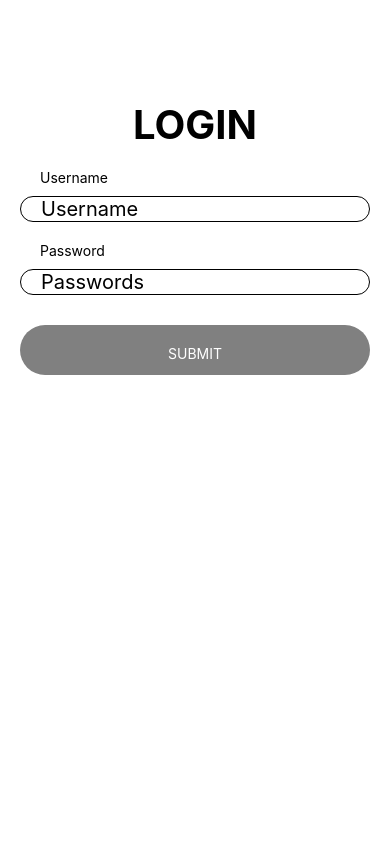
Repository: vietnguyenhoangw/ReactNative-FirstApplication
Screen: /
The author's editor kept a copy of each file at every save. The screen is drawn from the files as they stood at one save, then again after the next save.
The app was drawn by React Native's web renderer in a window 390 px wide. The project was rebuilt for these pictures with package versions that can differ from the ones it lists, and the page was loaded fresh each time.

Above is the screen before, as saved 2019-12-11 11:03:34.

After the next save:
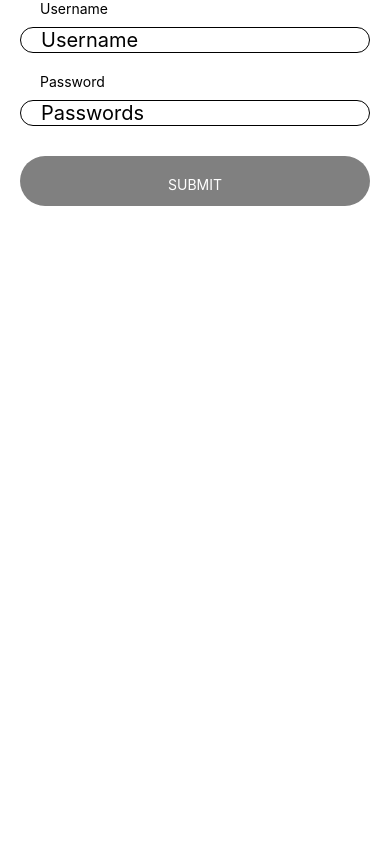
Saved 10 s later.
--- a/App.js
+++ b/App.js
@@ -73,9 +73,7 @@ class HelloWorld extends Component {
       <View style={styles.viewOnScreen}>
 
         {/* Login title (logo) */}
-        <View style={styles.viewHeader}>
-          <Text style={styles.textTitle}>LOGIN</Text>
-        </View>
+
 
         {/* body */}
         <View style={styles.body}>
